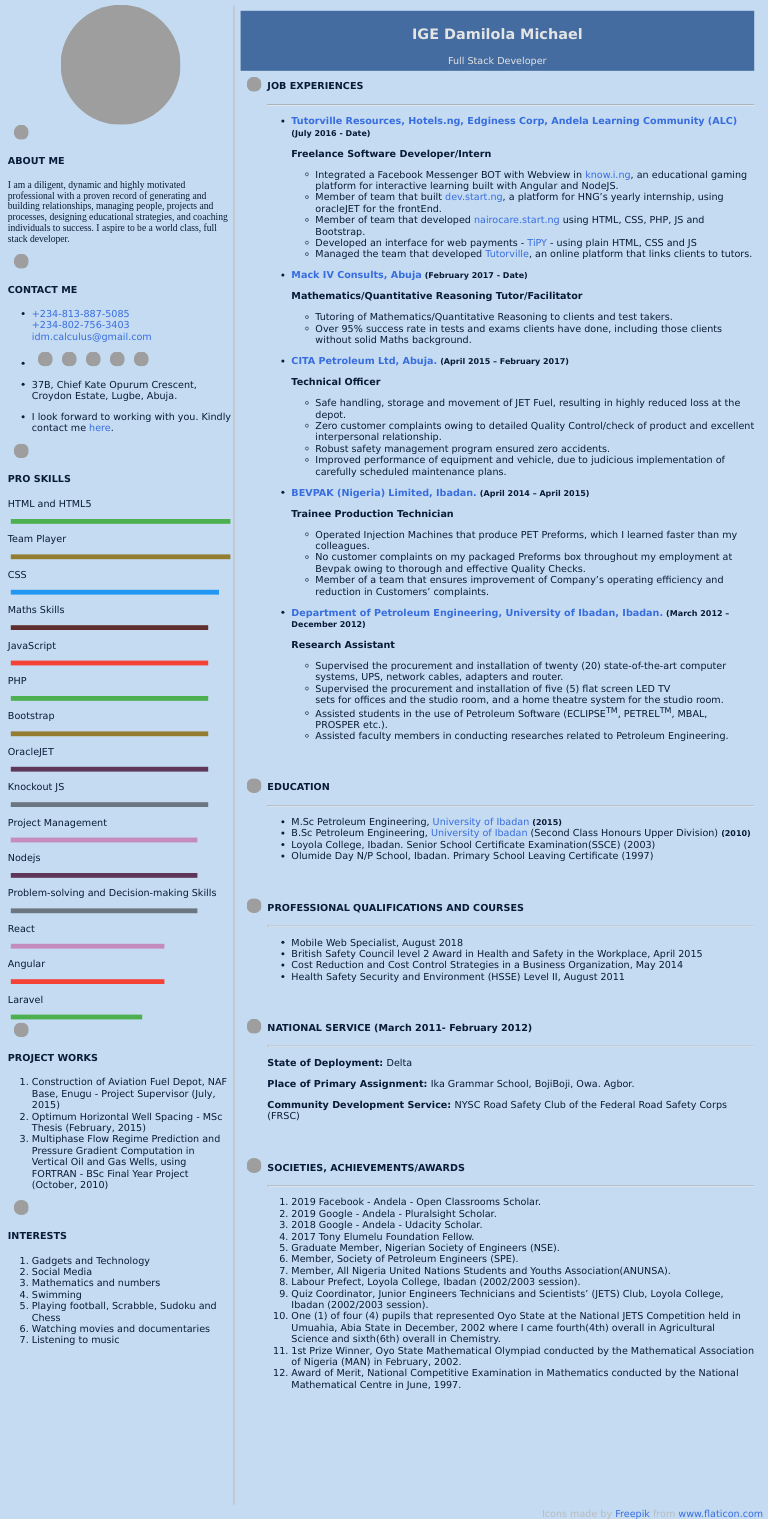
Repository: idmcalculus/DamilolaCV
Page: index.html
These files come from the project's save history. The page is drawn as it stood at one moment and after the next save; the edit follows.
The browser window is 1280 px wide. The pictures show the whole page, at 60% of full size.
Pictures or frames that could not be fetched are drawn as grey boxes.

Above is the page before, as saved 2019-11-18 21:31:07.

### index.html
<!DOCTYPE html>
<html lang="en">
  <head>
    <meta charset="UTF-8" />
    <meta name="viewport" content="width=device-width, initial-scale=1" />
    <meta http-equiv="X-UA-Compatible" content="ie=edge" />
    <meta name="keywords" content="Damilola Michael Ige's resume, resume of Ige Damilola Michael,
     Damilola Michael Ige, Damilola's resume, Ige's resume, Damilola Michael Ige's CV"/>
    <meta name="description" content="Damilola's resume or CV, is a document summarizing Damilola Ige's
    personal, professional and educational development in chronological order."/>
    <link href="data:[embedded picture, 1901 characters]" rel="icon" type="image/x-icon" />
    <link rel="stylesheet" href="style.css" />
    <title>Damilola's Resume</title>
  </head>

  <body>
    <div class="container">
      <div class="side">
        <div>
          <div class="profile-pix">
            <img
              src="https://res.cloudinary.com/idmcalculus/image/upload/v1566587963/IMG-20190804-WA0002_to0bl3.jpg"
              alt="Damilola's picture"
            />
          </div>
          <div class="profile">
            <img
              src="https://res.cloudinary.com/kayode/image/upload/v1566971345/235-2354657_pick-me-comments-me-icon-white-png_jkb7na.jpg"
              alt="icon"
            />
            <div class="profile-wordings">
              <h4>ABOUT ME</h4>
              <p id="about">
                I am a diligent, dynamic and highly motivated professional with a proven record of generating
                and building relationships, managing people, projects and processes, designing educational
                strategies, and coaching individuals to success. I aspire to be a world class, full stack developer.
              </p>
            </div>
          </div>
        </div>
        <div>
          <div class="profile">
            <img
              src="https://res.cloudinary.com/idmcalculus/image/upload/v1567673501/1915638_ln0e1k.png"
              alt="icon"
            />
          </div>
          <div class="profile-wordings">
            <h4>CONTACT ME</h4>
            <ul>
              <li>
                <p>
                  <span><a href="tel:+2348138875085" target="_blank">+234-813-887-5085</a></span></br>
                  <span><a href="tel:+2348027563403" target="_blank">+234-802-756-3403</a></span></br>
                  <span><a href="mailto:idm.calculus@gmail.com" target="_blank">idm.calculus@gmail.com</a></span>
                </p>
              </li>
              <li>
                <p>
                  <span class="profile"><a href="https://www.linkedin.com/in/idmcalculus" target="_blank">
                      <img src="https://res.cloudinary.com/idmcalculus/image/upload/v1567078814/linkedin_nawncg.png"
                      alt="@idmcalculus"></a></span>
                  <span class="profile"><a href="http://github.com/idmcalculus" target="_blank">
                      <img src="https://res.cloudinary.com/idmcalculus/image/upload/v1567091706/github_myyj8k.png"
                      alt="@idmcalculus"> </a></span>
                  <span class="profile"><a href="http://facebook.com/idmcalculus" target="_blank">
                      <img src="https://res.cloudinary.com/idmcalculus/image/upload/v1567078814/facebook_o0mfuf.png"
                      alt="@idmcalculus"/></a>
                  </span>
                  <span class="profile"><a href="http://twitter.com/gmatngre_tutor" target="_blank">
                    <img src="https://res.cloudinary.com/idmcalculus/image/upload/v1567078815/twitter_najoia.png"
                      alt="@gmatngre_tutor"/></a>
                  </span>
                  <span class="profile"><a href="http://instagram.com/idmcalculus" target="_blank">
                    <img src="https://res.cloudinary.com/idmcalculus/image/upload/v1567078814/instagram_sg1ayt.png"
                      alt="@idmcalculus"/></a>
                  </span>
                </p>
              </li>
              <li>
                <p>37B, Chief Kate Opurum Crescent, Croydon Estate, Lugbe, Abuja.</p>
              </li>
              <li>
                <p>I look forward to working with you. Kindly contact me <a href="contactme.html" target="_blank">here</a>.</p>
              </li>
            </ul>
          </div>
        </div>
        <div>
          <div class="profile">
            <img
              src="https://res.cloudinary.com/idmcalculus/image/upload/v1567673758/1120311_pwpidf.png"
              alt="icon"
            />
          </div>
          <div class="profile-wordings">
            <h4>PRO SKILLS</h4>
            <p class="skillname">HTML and HTML5</p>
                    <div class="container">
                        <div class="skills html"></div>
                    </div>
                    <p class="skillname">Team Player</p>
                    <div class="container">
                        <div class="skills teamplay"></div>
                    </div>

                    <p class="skillname">CSS</p>
                    <div class="container">
                        <div class="skills css"></div>
                    </div>
                    <p class="skillname">Maths Skills</p>
                    <div class="container">
                      <div class="skills maths"></div>
                    </div>
                    <p class="skillname">JavaScript</p>
                    <div class="container">
                      <div class="skills js"></div>
                    </div>
                    <p class="skillname">PHP</p>
                    <div class="container">
                      <div class="skills php"></div>
                    </div>
                    <p class="skillname">Bootstrap</p>
                    <div class="container">
                      <div class="skills bs"></div>
                    </div>
                    <p class="skillname">OracleJET</p>
                    <div class="container">
                      <div class="skills ojet"></div>
                    </div>
                    <p class="skillname">Knockout JS</p>
                    <div class="container">
                      <div class="skills ko"></div>
                    </div>
                    <p class="skillname">Project Management</p>
                    <div class="container">
                      <div class="skills project"></div>
                    </div>
                    <p class="skillname">Nodejs</p>
                    <div class="container">
                      <div class="skills nodejs"></div>
                    </div>
                    <p class="skillname">Problem-solving and Decision-making Skills</p>
                    <div class="container">
                        <div class="skills psdm"></div>
                    </div>
                    <p class="skillname">React</p>
                    <div class="container">
                      <div class="skills react"></div>
                    </div>
                    <p class="skillname">Angular</p>
                    <div class="container">
                      <div class="skills angular"></div>
                    </div>
                    <p class="skillname">Laravel</p>
                    <div class="container">
                      <div class="skills lara"></div>
                    </div>
          </div>
        </div>
        <div>
          <div class="profile">
            <img
              src="https://res.cloudinary.com/idmcalculus/image/upload/v1567673951/business-and-finance_otltgi.png"
              alt="icon"
            />
          </div>
          <div class="profile-wordings">
            <h4>PROJECT WORKS</h4>
            <ol>
              <li>Construction of Aviation Fuel Depot, NAF Base, Enugu - Project Supervisor (July, 2015)</li>
              <li>Optimum Horizontal Well Spacing - MSc Thesis (February, 2015)</li>
              <li>Multiphase Flow Regime Prediction and Pressure Gradient Computation in Vertical Oil and Gas Wells, using FORTRAN - BSc Final Year Project (October, 2010)</li>
          </ol>
          </div>
        </div>
        <div>
          <div class="profile">
            <img
              src="https://res.cloudinary.com/idmcalculus/image/upload/v1567673758/1120311_pwpidf.png"
              alt="icon"
            />
          </div>
          <div class="profile-wordings">
            <h4>INTERESTS</h4>
            <ol>
              <li>Gadgets and Technology</li>
              <li>Social Media</li>
              <li>Mathematics and numbers</li>
              <li>Swimming</li>
              <li>Playing football, Scrabble, Sudoku and Chess</li>
              <li>Watching movies and documentaries</li>
              <li>Listening to music</li>
          </ol>
          </div>
        </div>
      </div>
      <div class="vertical-line"></div>
      <div class="main">
        <div class="main-section">
          <div class="name">
            <div>
              <h2>IGE Damilola Michael</h2>
              <p>Full Stack Developer</p>
            </div>
          </div>
          <div class="profile-pix-mobile">
            <img
              src="https://res.cloudinary.com/idmcalculus/image/upload/v1566587963/IMG-20190804-WA0002_to0bl3.jpg"
              alt="Damilola's picture"
            />
          </div>
          <div>
            <div class="experience-img">
              <img
                src="https://res.cloudinary.com/idmcalculus/image/upload/v1567079491/portfolio_xrwlbz.png"
                alt=""
              />
            </div>
            <div class="experience">
              <h4>JOB EXPERIENCES</h4>
              <hr />
              <ul>
                <li>
                    <p>
                        <span class="prior" style="color: rgb(56, 109, 223);"><strong>Tutorville Resources, Hotels.ng, Edginess Corp, Andela Learning Community (ALC)</strong></span>
                        <span><small><b> (July 2016 - Date)</b> </small></span>
                      </p>
                      <p>
                        <b>Freelance Software Developer/Intern</b>
                        <ul>
                            <li>Integrated a Facebook Messenger BOT with Webview in <a href="https://know.i.ng/" target="_blank">know.i.ng</a>, an educational gaming platform for interactive learning built with Angular and NodeJS.</li>
                            <li>Member of team that built <a href="https://dev.start.ng/" target="_blank">dev.start.ng</a>, a platform for HNG’s yearly internship, using oracleJET for the frontEnd.</li>
                            <li>Member of team that developed <a href="https://nairocare.start.ng/" target="_blank">nairocare.start.ng</a> using HTML, CSS, PHP, JS and Bootstrap.</li>
                            <li>Developed an interface for web payments - <a href="https://github.com/idmcalculus/TiPY" target="_blank">TiPY</a> - using plain HTML, CSS and JS</li>
                            <li>Managed the team that developed <a href="https://tutorville.com.ng" target="_blank">Tutorville</a>, an online platform that links clients to tutors.</li>
                        </ul>
                      </p>
                    </p>
                </li>
                <li>
                  <p>
                    <span class="prior"><strong><a href="https://examplanet.com/" target="_blank">Mack IV Consults, Abuja</a></strong></span>
                    <span><small><b> (February 2017 - Date)</b> </small></span>
                  </p>
                  <p>
                    <b>Mathematics/Quantitative Reasoning Tutor/Facilitator</b>
                    <ul>
                        <li>Tutoring of Mathematics/Quantitative Reasoning to clients and test takers.</li>
                        <li>Over 95% success rate in tests and exams clients have done, including those clients without solid Maths background.</li>
                    </ul>
                  </p>
                </li>
                <li>
                  <p>
                    <span class="prior"><strong><a href="http://citapetroleum.com/" target="_blank">CITA Petroleum Ltd, Abuja.</a></strong></span>
                    <b><small> (April 2015 – February 2017)</small></b>
                  </p>
                  <p>
                    <b>Technical Officer</b>
                    <ul>
                        <li>Safe handling, storage and movement of JET Fuel, resulting in highly reduced loss at the depot.</li>
                        <li>Zero customer complaints owing to detailed Quality Control/check of product and excellent interpersonal relationship.</li>
                        <li>Robust safety management program ensured zero accidents.</li>
                        <li>Improved performance of equipment and vehicle, due to judicious implementation of carefully scheduled maintenance plans.</li>
                    </ul>
                  </p>
                </li>
                <li>
                    <span class="prior"><strong><a href="http://www.bevpaknigeria.com/en/index.html" target="_blank">BEVPAK (Nigeria) Limited, Ibadan.</a></span></strong>
                    <b> <small> (April 2014 – April 2015)</small></b>
                  <p>
                    <b> Trainee Production Technician</b>
                    <ul>
                        <li>Operated Injection Machines that produce PET Preforms, which I learned faster than my colleagues.</li>
                        <li>No customer complaints on my packaged Preforms box throughout my employment at Bevpak owing to thorough and effective Quality Checks.</li>
                        <li>Member of a team that ensures improvement of Company’s operating efficiency and reduction in Customers’ complaints.</li>
                    </ul>
                  </p>
                </li>
                <li>
                    <span class="prior"><strong><a href="http://tech.ui.edu.ng/welcomepet" target="_blank">Department of Petroleum Engineering, University of Ibadan, Ibadan.</a></span></strong>
                    <b> <small> (March 2012 – December 2012)</small></b>
                  <p>
                    <b> Research Assistant</b>
                    <ul>
                        <li>Supervised the procurement and installation of twenty (20) state-of-the-art computer systems, UPS, network cables, adapters and router.</li>
                        <li>Supervised the procurement and installation of five (5) flat screen LED TV </br>
                            sets for offices and the studio room, and a home theatre system for the studio room.</li>
                        <li>Assisted students in the use of Petroleum Software (ECLIPSE<sup>TM</sup>, PETREL<sup>TM</sup>, MBAL, PROSPER etc.).</li>
                        <li>Assisted faculty members in conducting researches related to Petroleum Engineering.</li>
                    </ul>
                  </p>
                </li>
              </ul>
            </div>
          </div>
          <div>
            <div class="experience-img">
              <img
                src="https://res.cloudinary.com/idmcalculus/image/upload/v1567079258/university_ori3oo.png"
                alt="icon"
              />
            </div>
            <div class="experience">
              <h4>EDUCATION</h4>
              <hr />
              <ul>
                <p>
                    <li>M.Sc Petroleum Engineering, <a href="http://www.ui.edu.ng/" target="_blank">University of Ibadan</a> <small><b>(2015)</b></small></li>
                    <li>B.Sc Petroleum Engineering, <a href="http://www.ui.edu.ng/" target="_blank">University of Ibadan</a>
                        (Second Class Honours Upper Division) <small><b>(2010)</b></small></li>
                    <li>Loyola College, Ibadan. Senior School Certificate Examination(SSCE) (2003)</li>
                    <li>Olumide Day N/P School, Ibadan. Primary School Leaving Certificate (1997)</li>
                </p>
              </ul>
            </div>
          </div>
          <div>
            <div class="experience-img">
              <img
                src="https://res.cloudinary.com/idmcalculus/image/upload/v1567079258/university_ori3oo.png"
                alt="icon"
              />
            </div>
            <div class="experience">
              <h4>PROFESSIONAL QUALIFICATIONS AND COURSES</h4>
              <hr />
              <ul>
                  <li>Mobile Web Specialist, August 2018</li>
                  <li>British Safety Council level 2 Award in Health and Safety in the Workplace, April 2015</li>
                  <li>Cost Reduction and Cost Control Strategies in a Business Organization, May 2014</li>
                  <li>Health Safety Security and Environment (HSSE) Level II, August 2011</li>
              </ul>
            </div>
            <div class="experience-img">
                <img
                  src="https://res.cloudinary.com/idmcalculus/image/upload/v1567078815/police_axsdag.png"
                  alt="icon"
                />
            </div>
            <div class="experience">
                <h4>NATIONAL SERVICE (March 2011- February 2012)</h4>
                <hr />
                <p><strong>State of Deployment: </strong> Delta</p>
                <p><strong>Place of Primary Assignment: </strong> Ika Grammar School, BojiBoji, Owa. Agbor.</p>
                <p><strong>Community Development Service: </strong> NYSC Road Safety Club of the Federal Road Safety Corps (FRSC)</p>
            </div>
            <div class="experience-img">
                <img
                  src="https://res.cloudinary.com/idmcalculus/image/upload/v1567079139/trophy_a7erex.png"
                  alt="icon"
                />
            </div>
            <div class="experience">
                <h4>SOCIETIES, ACHIEVEMENTS/AWARDS</h4>
                <hr />
                <ol>
                    <li>2019 Facebook - Andela - Open Classrooms Scholar.</li>
                    <li>2019 Google - Andela - Pluralsight Scholar.</li>
                    <li>2018 Google - Andela - Udacity Scholar.</li>
                    <li>2017 Tony Elumelu Foundation Fellow.</li>
                    <li>Graduate Member, Nigerian Society of Engineers (NSE).</li>
                    <li>Member, Society of Petroleum Engineers (SPE).</li>
                    <li>Member, All Nigeria United Nations Students and Youths Association(ANUNSA).</li>
                    <li>Labour Prefect, Loyola College, Ibadan (2002/2003 session).</li>
                    <li>Quiz Coordinator, Junior Engineers Technicians and Scientists’ (JETS)
                        Club, Loyola College, Ibadan (2002/2003 session).</li>
                    <li>One (1) of four (4) pupils that represented Oyo State at the National JETS
                        Competition held in Umuahia, Abia State in December, 2002 where I came
                        fourth(4th) overall in Agricultural Science and sixth(6th) overall in Chemistry.</li>
                    <li>1st Prize Winner, Oyo State Mathematical Olympiad conducted by the
                        Mathematical Association of Nigeria (MAN) in February, 2002.</li>
                    <li>Award of Merit, National Competitive Examination in Mathematics conducted by the
                        National Mathematical Centre in June, 1997.</li>
                </ol>
            </div>
          </div>
        </div>
      </div>
    </div>
    <div class="flaticon">Icons made by <a href="https://www.flaticon.com/authors/freepik" title="Freepik">Freepik</a> from <a href="https://www.flaticon.com/"         title="Flaticon">www.flaticon.com</a></div>
  </body>
</html>

Loaded but not shown: style.css (229 lines, source omitted)

After the next save:
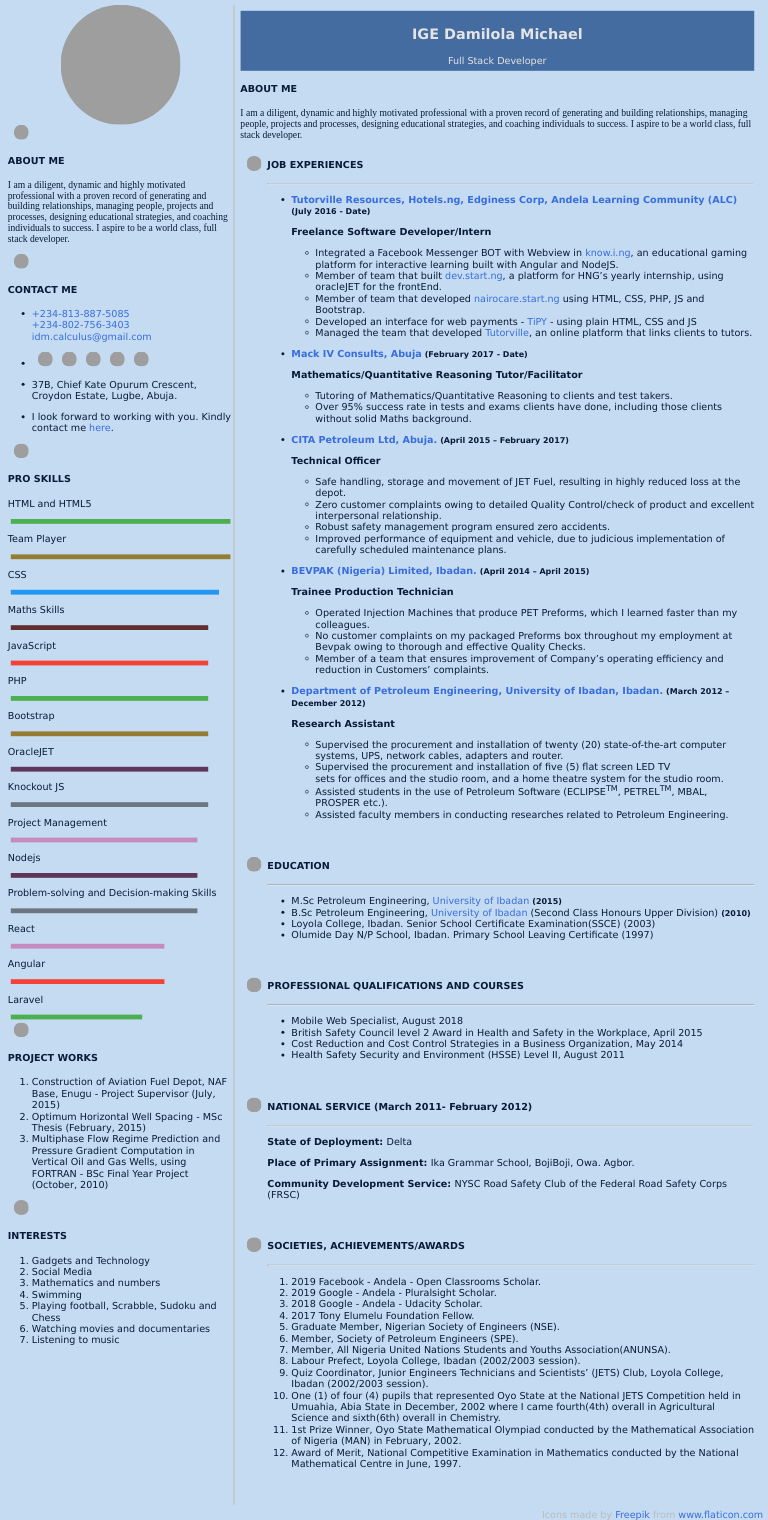
Saved 98 min 12 s later.
--- a/index.html
+++ b/index.html
@@ -210,6 +210,14 @@
               alt="Damilola's picture"
             />
           </div>
+          <div class="profile-wordings-mobile">
+            <h4>ABOUT ME</h4>
+            <p id="about">
+              I am a diligent, dynamic and highly motivated professional with a proven record of generating
+              and building relationships, managing people, projects and processes, designing educational
+              strategies, and coaching individuals to success. I aspire to be a world class, full stack developer.
+            </p>
+          </div>
           <div>
             <div class="experience-img">
               <img
